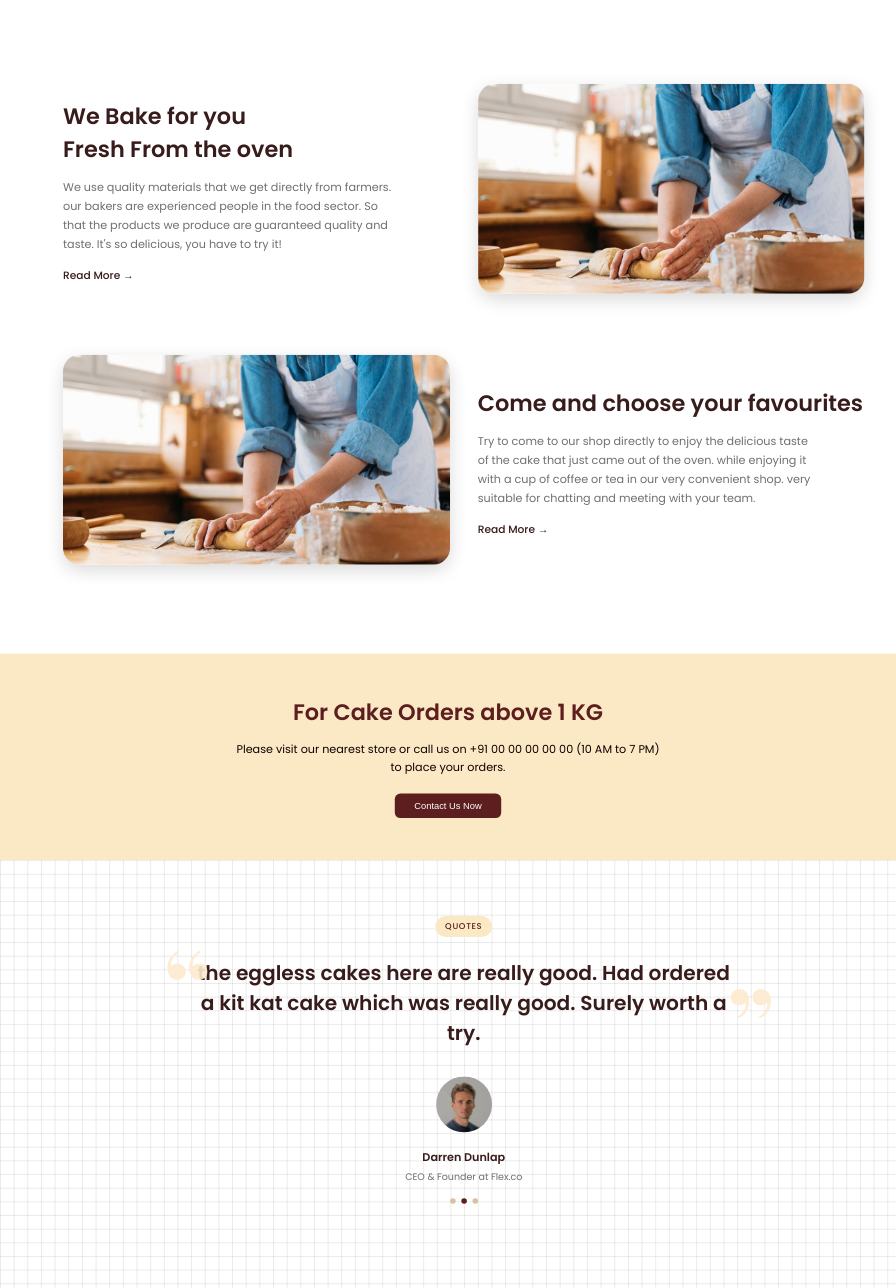
Repository: josegabrielzevallos/chocobrat-bakery-website
Page: index.html
The author's editor kept a copy of each file at every save. The page is drawn from the files as they stood at one save, then again after the next save.
The browser window is 1280 px wide. The pictures show the part of the page from y = 1094 to 3014 px (the page is 2934 px tall before and 3014 px after), at 70% of full size.

Above is the page before, as saved 2025-11-20 17:41:21.

After the next save:
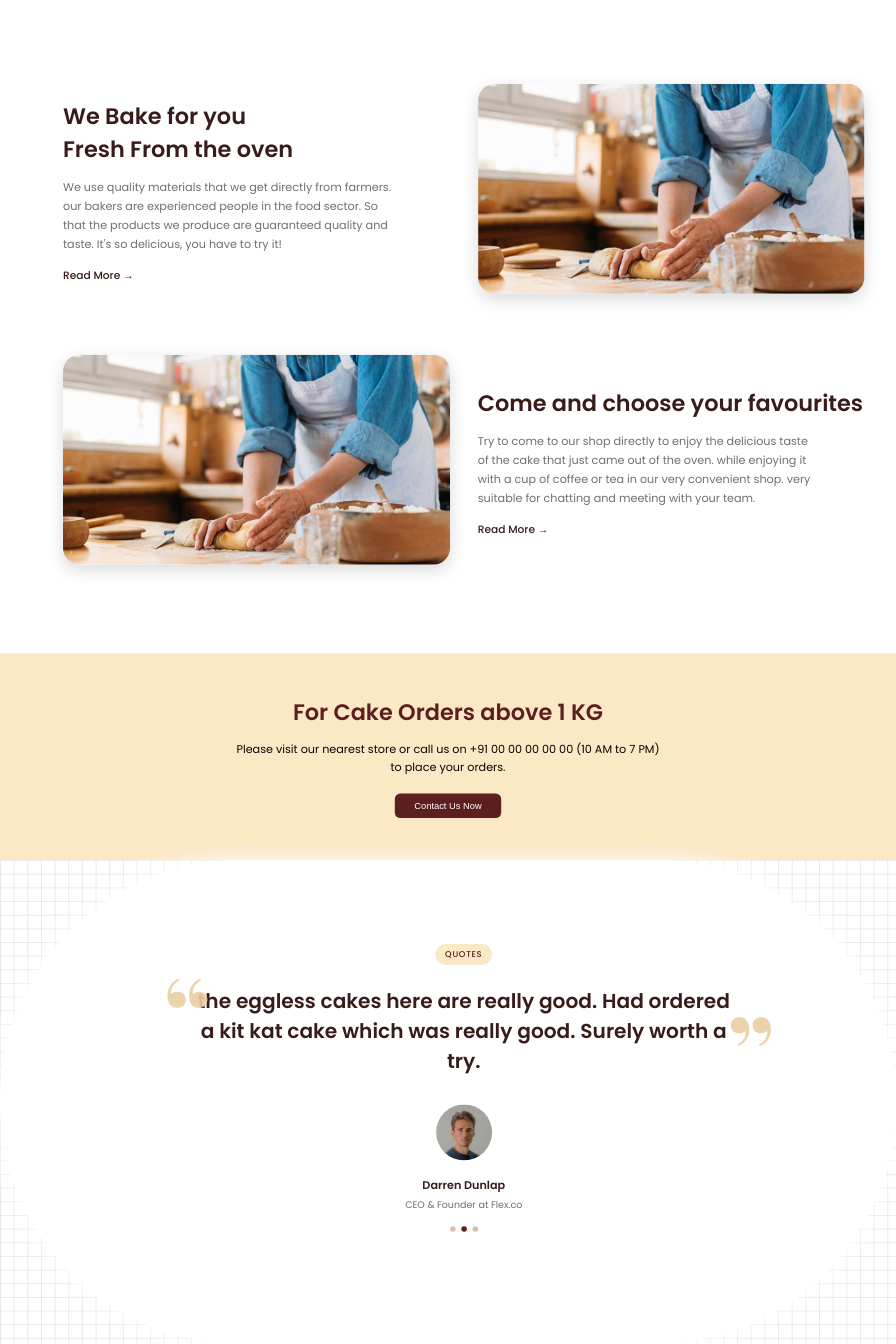
Saved 3 min 13 s later.
--- a/styles.css
+++ b/styles.css
@@ -406,8 +406,8 @@
     /* degradado real */
     background: linear-gradient(
         to bottom,
-        #FDEBCF 0%,
-        #FDEBCF 45%,
+        #e7cda4 0%,
+        #eacfa3 45%,
         rgba(255,255,255,0.8) 80%,
         rgba(255,255,255,1) 100%
     );
@@ -478,3 +478,30 @@
     height: 8px;
     background-color: #5C1E1E;
 }
+
+/* MARCO OVALADO BLANCO PARA LA SECCION DE QUOTES */
+.quotes-section {
+    position: relative;
+    padding: 120px 0 140px;
+}
+
+.quotes-section::before {
+    content: "";
+    position: absolute;
+    inset: 0;
+    width: 100%;
+    height: 100%;
+
+    background: white;
+
+    border-radius: 1000px;   /* 🔥 crea el óvalo */
+    z-index: 0;              /* detrás del texto, delante de la cuadricula */
+
+    box-shadow: 0 0 40px rgba(255,255,255,0.9); /* suaviza bordes */
+}
+
+/* Asegura que el contenido quede por encima del marco */
+.quotes-inner {
+    position: relative;
+    z-index: 2;
+}

After the save that followed:
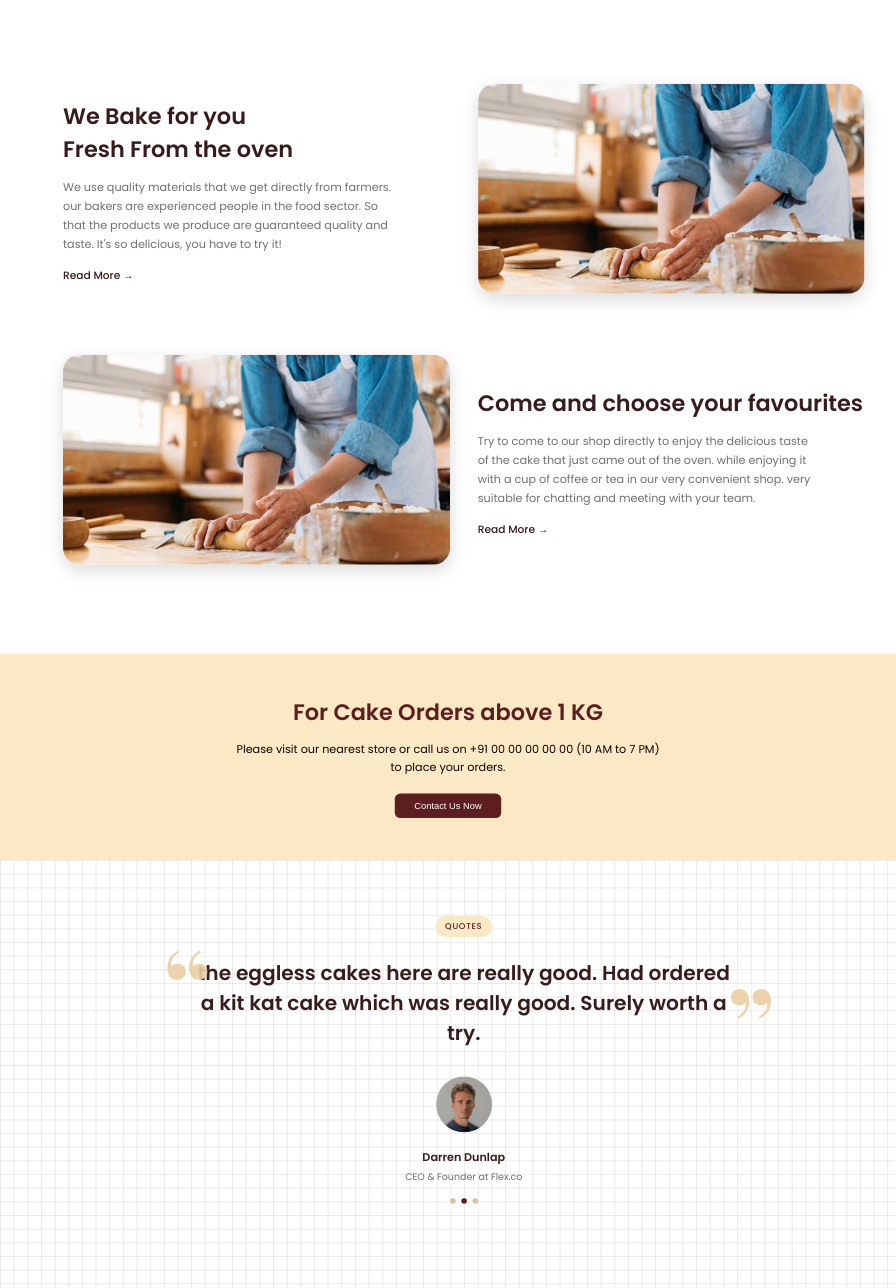
Saved 103 s later.
--- a/styles.css
+++ b/styles.css
@@ -399,7 +399,7 @@
     font-family: 'Playfair Display', serif;
     position: absolute;
     font-size: 150px;
-    font-weight: 700;
+    font-weight: 950;
     pointer-events: none;
     z-index: 0;
 
@@ -478,30 +478,3 @@
     height: 8px;
     background-color: #5C1E1E;
 }
-
-/* MARCO OVALADO BLANCO PARA LA SECCION DE QUOTES */
-.quotes-section {
-    position: relative;
-    padding: 120px 0 140px;
-}
-
-.quotes-section::before {
-    content: "";
-    position: absolute;
-    inset: 0;
-    width: 100%;
-    height: 100%;
-
-    background: white;
-
-    border-radius: 1000px;   /* 🔥 crea el óvalo */
-    z-index: 0;              /* detrás del texto, delante de la cuadricula */
-
-    box-shadow: 0 0 40px rgba(255,255,255,0.9); /* suaviza bordes */
-}
-
-/* Asegura que el contenido quede por encima del marco */
-.quotes-inner {
-    position: relative;
-    z-index: 2;
-}
